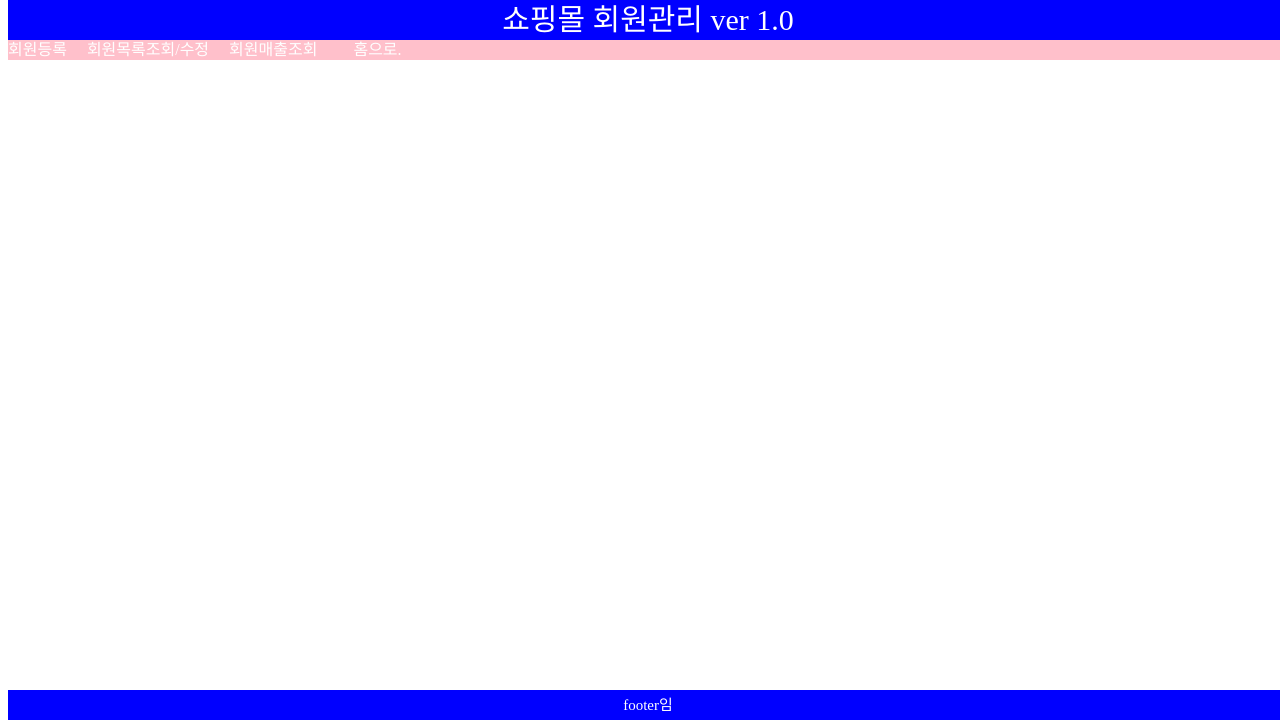
Repository: leesuyeon116/HRD_1
Page: http://localhost/HRD_0416/
The author's editor kept a copy of each file at every save. The page is drawn from the files as they stood at one save, then again after the next save.
The browser window is 1280 px wide. The pictures show the whole page.
The page is served by Tomcat 9.

Above is the page before, as saved 2024-04-16 07:19:03.

After the next save:
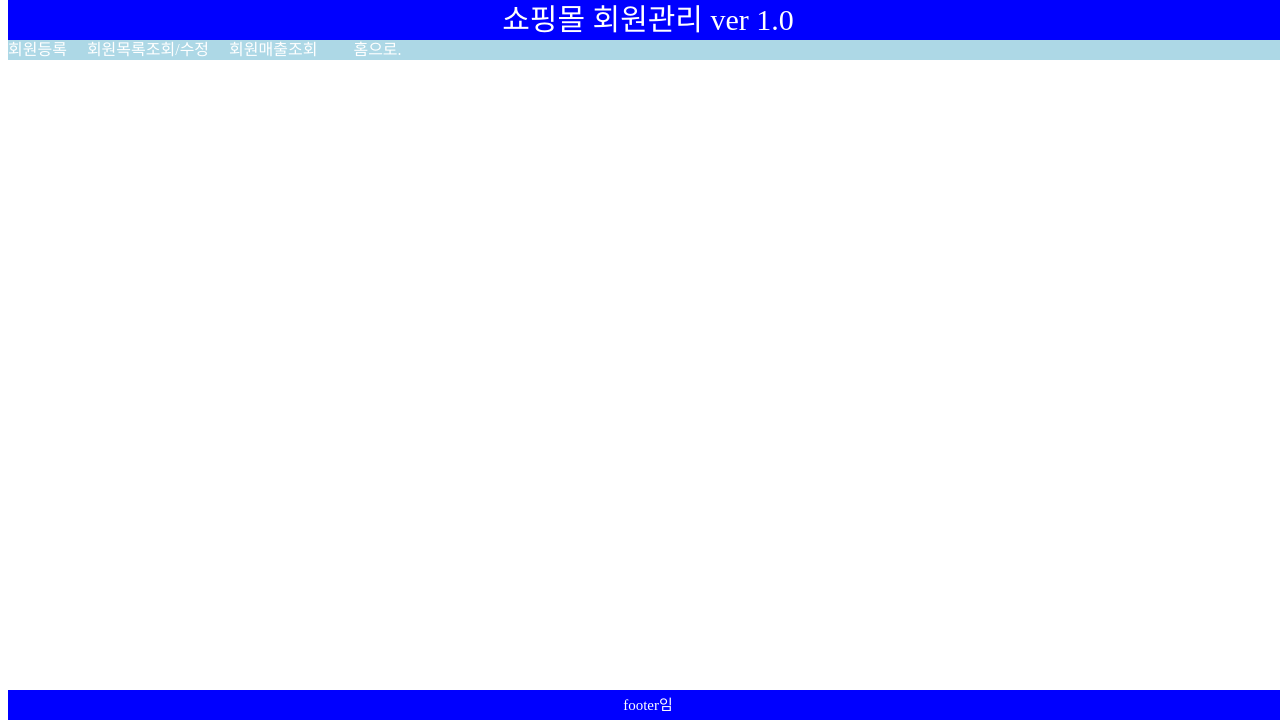
Saved 2 min 37 s later.
--- a/HRD_0416/src/main/webapp/index.jsp
+++ b/HRD_0416/src/main/webapp/index.jsp
@@ -10,7 +10,7 @@
 <header style="position: fixed; top: 0px; width: 100%; height: 40px; background-color: blue; color: white;
 	text-align: center; line-height: 40px; font-size: 30px"> 쇼핑몰 회원관리 ver 1.0 </header>
 
-<nav style="position: fixed; top: 40px; width: 100%; height: 20px; background-color: pink; color: white; line-height: 20px;">
+<nav style="position: fixed; top: 40px; width: 100%; height: 20px; background-color: lightblue; color: white; line-height: 20px;">
 	회원등록 &nbsp; &nbsp; 회원목록조회/수정 &nbsp; &nbsp; 회원매출조회 &nbsp; &nbsp; &nbsp; &nbsp; 홈으로.</nav>
 
 
